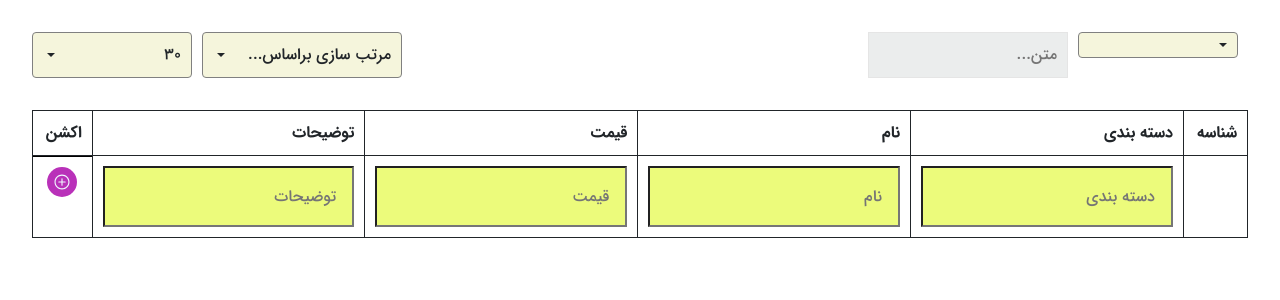
Repository: fateme81yosefi/form_ecco
Page: /
These files come from the project's save history. The page is drawn as it stood at one moment and after the next save; the edit follows.
The browser window is 1280 px wide. The pictures show the whole page.
The page's requests for data from a server got no answer. The project was rebuilt for these pictures with package versions that can differ from the ones it lists, and the page was loaded fresh each time. No one was signed in, and anything a server would have sent is missing.

Above is the page before, as saved 2023-03-10 10:57:48.

After the next save:
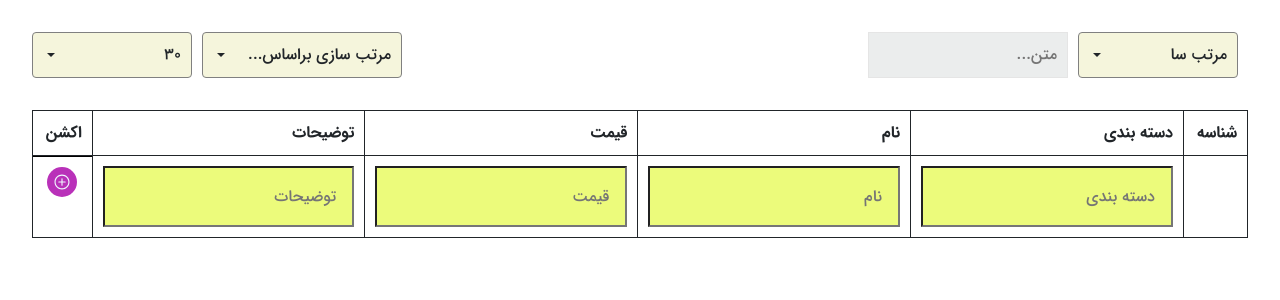
Saved 5 s later.
--- a/src/App.js
+++ b/src/App.js
@@ -298,7 +298,7 @@ function App() {
 
           <div className="dropdown">
             <button className="btn dropdown-toggle" type="button" id="dropdownMenuButton" data-toggle="dropdown" aria-haspopup="true" aria-expanded="false">
-              {titleSearch!==""?titleSearch:""}
+              {titleSearch!==""?titleSearch:"مرتب سا"}
             </button>
             <div className="dropdown-menu" aria-labelledby="dropdownMenuButton">
               <a className="dropdown-item" onClick={() => setsearchIn("شناسه")}>شناسه</a>
